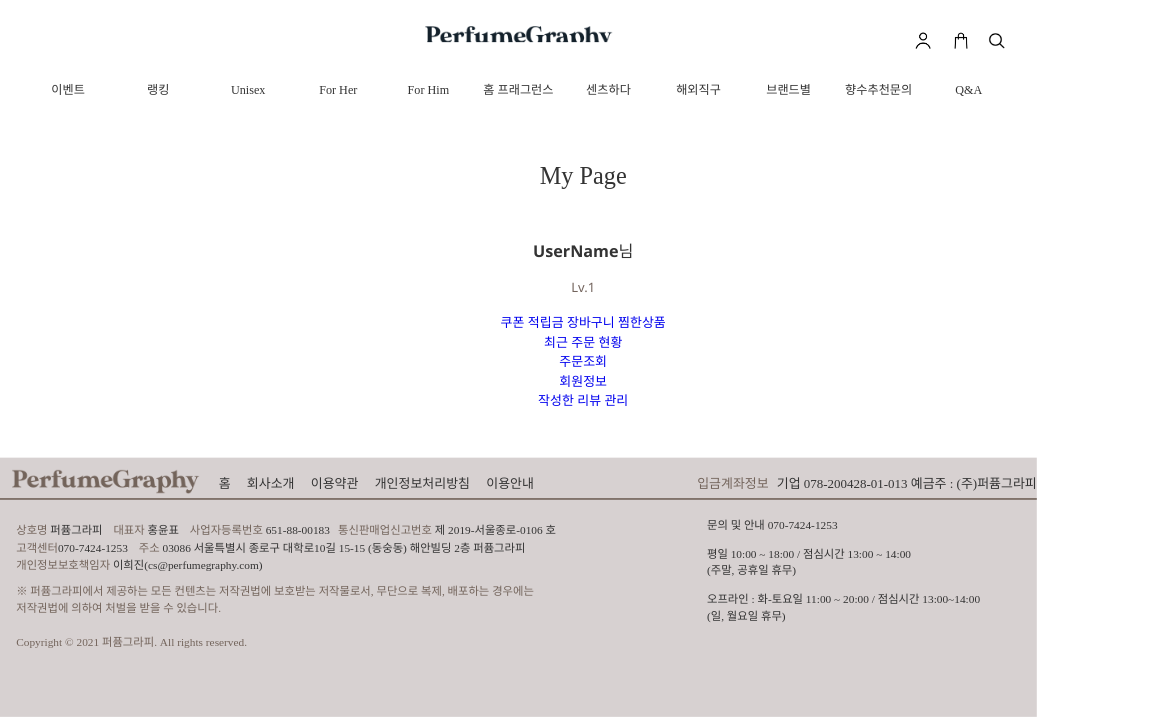
Repository: mingdue03/perfumegraphy
Page: myPage.html
These files come from the project's save history. The page is drawn as it stood at one moment and after the next save; the edit follows.
The browser window is 1280 px wide. The page is 1440 px wide, so the pictures cover 1440 px, including what lies to the right of the window. The pictures show the whole page, at 81% of full size.

Above is the page before, as saved 2021-08-26 15:20:59.

After the next save:
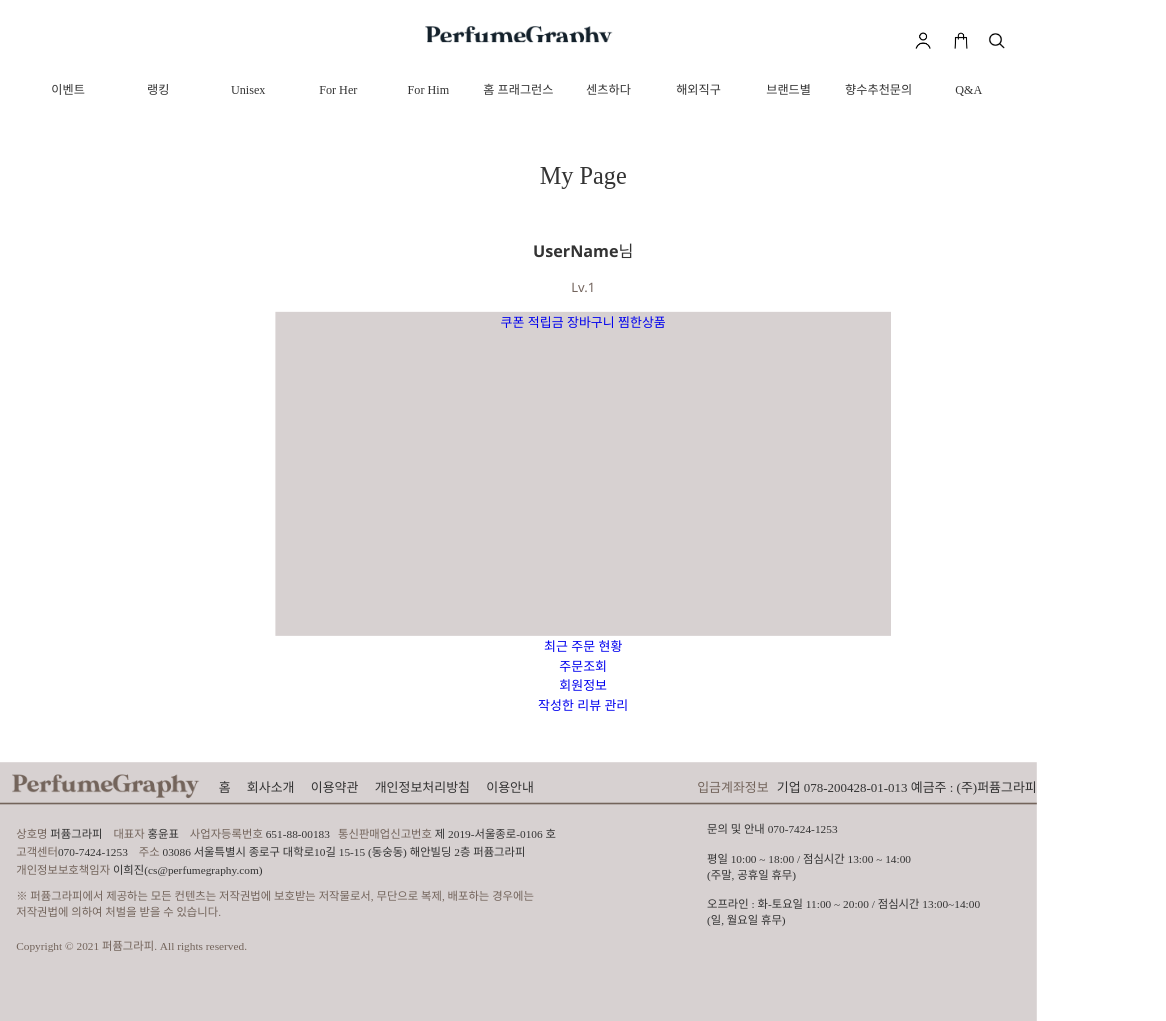
Saved 35 min 11 s later.
--- a/css/mypage.css
+++ b/css/mypage.css
@@ -33,7 +33,10 @@
   width:760px;
   margin:auto;
 }
-.coupon_wrap{}
+.coupon_wrap{
+  width:100%;
+  height:400px;
+  background:#D7D1D1;}
 .coupon_wrap ul{}
 .coupon_wrap li{
   display: inline-block;
@@ -43,11 +46,6 @@
 }
 .coupon_wrap a:before{}
 
-.coupon article{
-  width:100%;
-  height:400px;
-  background:#D7D1D1;
-}
 
 
 
